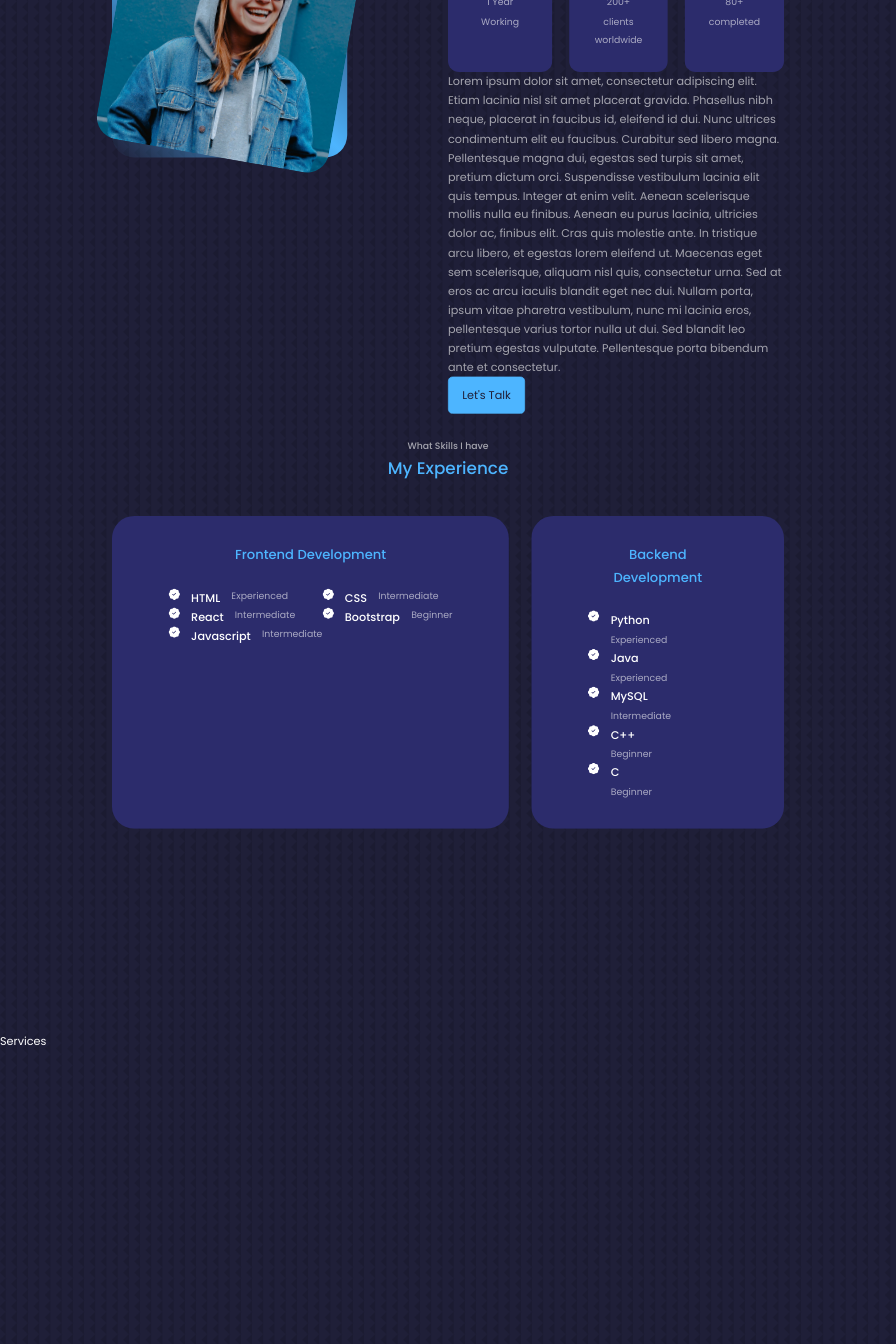
Repository: smallchungus/resumeWebsite
Page: / (app in hello/)
An editor plug-in stored every save of this project. The page is shown before and after a run of saves, followed by the edit.
The browser window is 1280 px wide. The pictures show the part of the page from y = 1070 to 2990 px (the page is 5835 px tall), at 70% of full size.
The project was rebuilt for these pictures with package versions that can differ from the ones it lists, and the page was loaded fresh each time. Also part of the build but not shown: hello/src/components/portfolio/portfolio.css, hello/src/components/contact/contact.css, hello/src/components/footer/footer.css. Imported but missing from the stored project, and not drawn on this page: hello/src/assets/cv.pdf.

Above is the page before, as saved 2023-03-23 19:15:48.

After the next 5 saves:
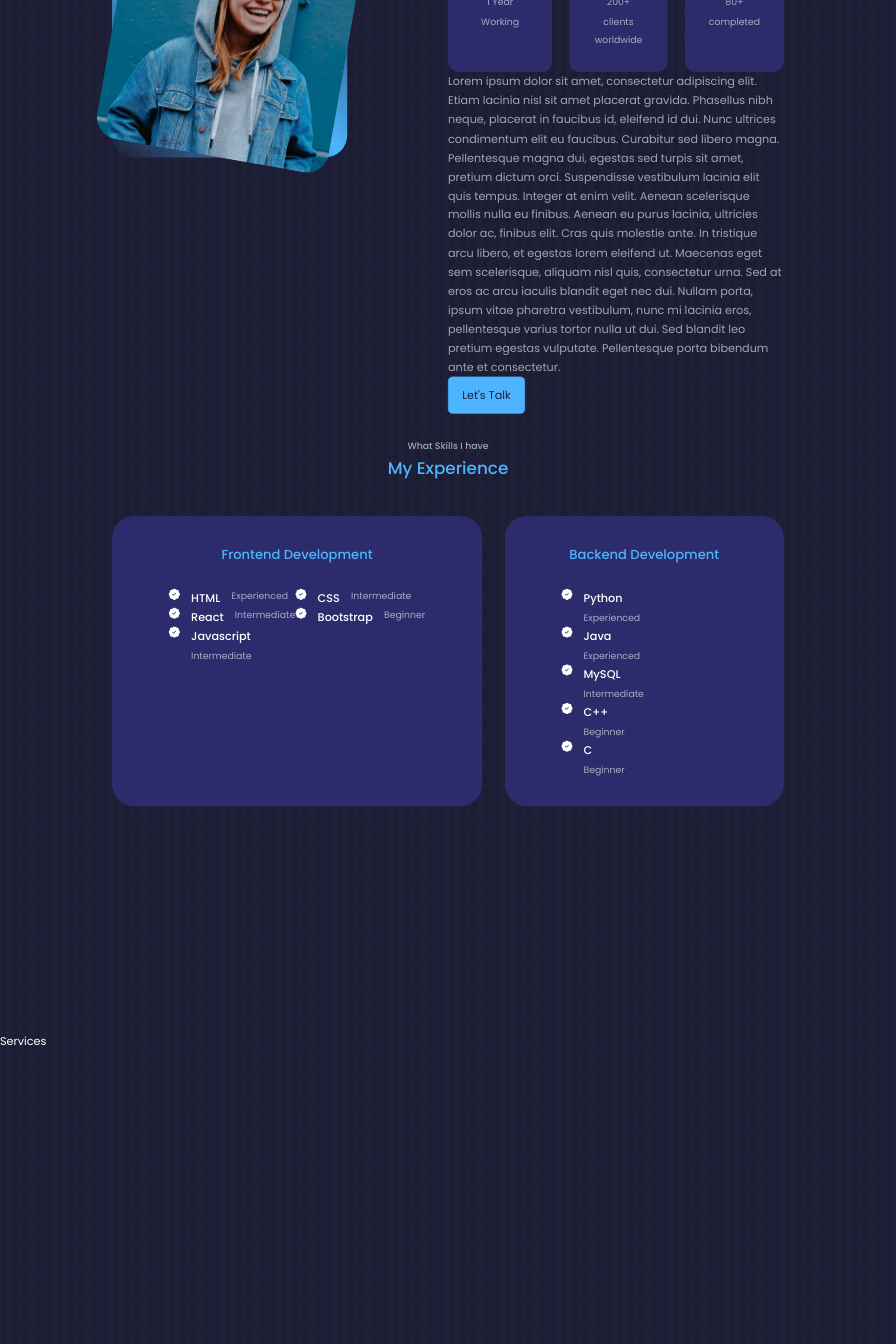
The 5 saves are shown as one change because 1 did not build or start and some came seconds apart.
The last was saved 23 s later.
--- a/hello/src/components/experience/Experience.jsx
+++ b/hello/src/components/experience/Experience.jsx
@@ -36,8 +36,10 @@ const Experience = () => {
             </article>
             <article className='experience_details'>
               <BsPatchCheckFill />
-              <h4>Javascript</h4>
-              <small className='text-light' >Intermediate </small>
+              <div>
+                <h4>Javascript</h4>
+                <small className='text-light' >Intermediate </small>
+              </div>
             </article>
           </div>
         </div>
